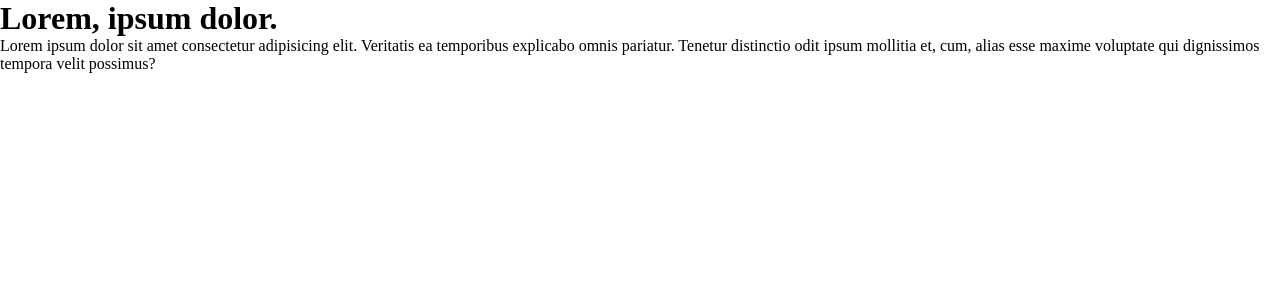
Repository: AytacSafarova/Scss-sample
Page: pages/homePage/index.html
The author's editor kept a copy of each file at every save. The page is drawn from the files as they stood at one save, then again after the next save.
The browser window is 1280 px wide. The pictures show the whole page.

Above is the page before, as saved 2023-11-07 11:52:32.

### pages/homePage/index.html
<!DOCTYPE html>
<html lang="en">
<head>
    <meta charset="UTF-8">
    <meta name="viewport" content="width=device-width, initial-scale=1.0">
    <title>Document</title>
    <link rel="stylesheet" href="../../assets/css/reset.css">

</head>
<body>
    <div class="container">
        <div class="child">
            <h1>Lorem, ipsum dolor.</h1>
            <p>Lorem ipsum dolor sit amet consectetur adipisicing elit. Veritatis ea temporibus explicabo omnis pariatur. Tenetur distinctio odit ipsum mollitia et, cum, alias esse maxime voluptate qui dignissimos tempora velit possimus?</p>
        </div>
    </div>
</body>
</html>

### assets/css/reset.css
*{
    margin: 0;
    padding: 0;
    box-sizing: border-box;
}
button{
    border: none;
}
li{
    list-style-type:none ;
}
a{
    text-decoration: none;
}

### pages/homePage/index.scss
.container {
  background-color: aqua;
  width: 700px;

  .child {
    width: 300px;
    background-color: bisque;
    h1{
        color: red;
    }
  }
}

After the next save:
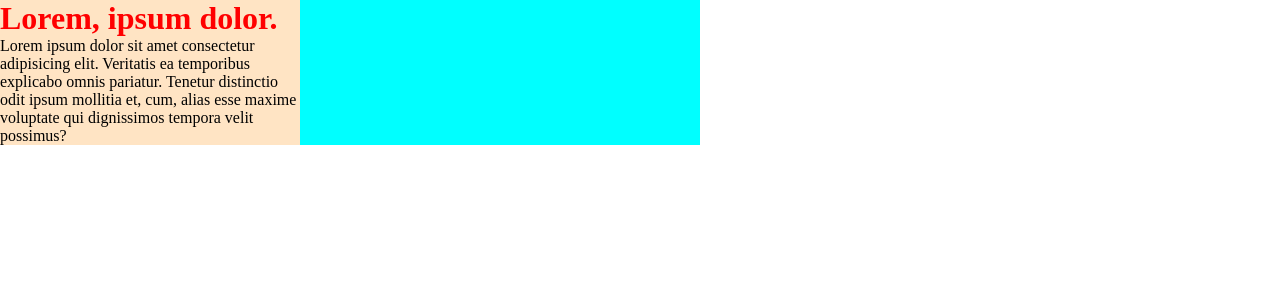
Saved 20 s later.
--- a/pages/homePage/index.html
+++ b/pages/homePage/index.html
@@ -5,7 +5,7 @@
     <meta name="viewport" content="width=device-width, initial-scale=1.0">
     <title>Document</title>
     <link rel="stylesheet" href="../../assets/css/reset.css">
-
+<link rel="stylesheet" href="./index.css">
 </head>
 <body>
     <div class="container">
